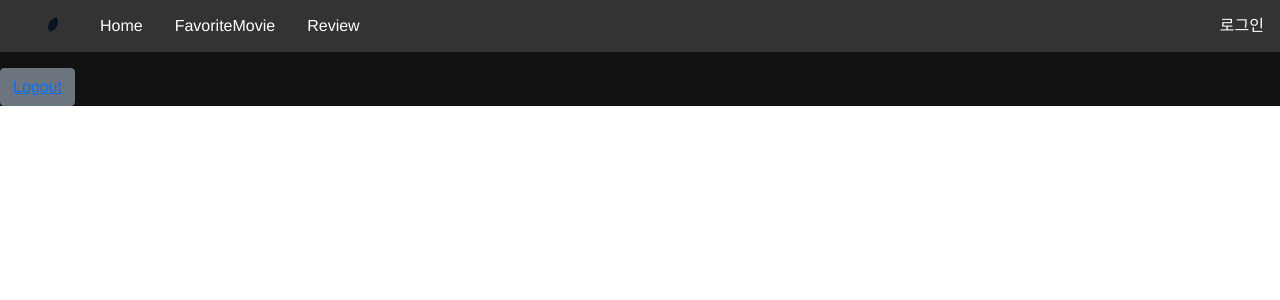
Repository: chomyoenggeun/linkedmovie
Page: /mypage (app in front/)
These files come from the project's save history. The page is drawn as it stood at one moment and after the next save; the edit follows.
The browser window is 1280 px wide. The pictures show the whole page.
The project was rebuilt for these pictures with package versions that can differ from the ones it lists, and the page was loaded fresh each time. Also part of the build but not shown: front/vue.config.js, front/src/components/MovieCard.vue, front/src/views/Home.vue, front/src/views/accounts/Account.vue, front/src/views/accounts/Login.vue, front/src/views/accounts/Signup.vue, front/src/views/FavoriteMovie.vue, front/src/components/DmovieReviewItem.vue and 9 more.

Above is the page before, as saved 2021-11-24 05:35:27.

### front/src/main.js
import Vue from 'vue'
import App from './App.vue'
import router from './router'
import store from './store'
import vuetify from './plugins/vuetify'
import BootstrapVue from 'bootstrap-vue'
import 'bootstrap/dist/css/bootstrap.min.css'
import 'bootstrap-vue/dist/bootstrap-vue.css'

Vue.use(BootstrapVue)
Vue.config.productionTip = false

new Vue({
  router,
  store,
  vuetify,
  render: h => h(App)
}).$mount('#app')

### front/src/App.vue
<template>
  <div id="app">
    <ul class="horizontal">
      <li><router-link class="active" to="/home"><img class="size" :src="require('@/assets/sample.svg')" alt=""></router-link></li>
      <li><router-link class="active" to="/home">Home</router-link></li>
      <li><router-link class="active" to="/favorite-movie">FavoriteMovie</router-link></li>
      <li><router-link class="active" to="/review">Review</router-link></li>
      <li v-if="isLogin" class="rightli" style="float:right"><router-link class="menubt_right" to="/mypage"
      >Mypage</router-link></li>
      <li v-else class="rightli" style="float:right"><router-link class="menubt_right" to="/account"
      >로그인</router-link></li>
    </ul>

    <router-view
    @login="isLogin=true"/>
  </div>
</template>

<script>
export default {
  name : 'App',
    data: function(){
    return {
      isLogin: false,
    }
  },
  created : function(){
    const token = localStorage.getItem('jwt')
    if(token){
      this.isLogin = true
    }
  },
  methods : {
    checkLogin: function(loginState){
      this.isLogin = loginState
    }
  }

}
</script>

<style>
#app {
  font-family: Avenir, Helvetica, Arial, sans-serif;
  -webkit-font-smoothing: antialiased;
  -moz-osx-font-smoothing: grayscale;
  /* text-align: center; */
  color: #2c3e50;
  background: #111111;
}

#nav {
  padding: 30px;
}

#nav a {
  font-weight: bold;
  color: #2c3e50;
}
/* .menubt{
  padding : 20px;
  background: #255ca3;
  list-style:none;
} */

/* #nav a.router-link-exact-active {
  color: #dddddd;
} */
ul {
  list-style-type: none;
  margin: 0;
  padding: 0;
  overflow: hidden;
  background-color: #333;
}

li {
  float: left;
}

li a {
  display: block;
  color: white;
  text-align: center;
  padding: 14px 16px;
  text-decoration: none;
}

li a:hover:not(.active) {
  background-color: #111;
}

.active:hover {
  /* background-color: #04AA6D; */
  background: rgb(6,5,87);
  background: linear-gradient(180deg, rgba(6,5,87,1) 0%, rgba(43,12,69,1) 100%);
  color: #dddddd;
}
.size{
  width: 20px;
}
</style>

### front/src/router/index.js
import Vue from 'vue'
import VueRouter from 'vue-router'
import Home from '../views/Home.vue'
import Account from '../views/accounts/Account.vue'
import Login from '../views/accounts/Login.vue'
import Signup from '../views/accounts/Signup.vue'
import FavoriteMovie from '../views/FavoriteMovie.vue'
import Mypage from '../views/Mypage.vue'
import Movie from '../components/Movie.vue'
import Review from '../views/Review.vue'
import MovieReviewForm from '../components/MovieReviewForm.vue'
import MovieReviewCommunity from '../components/MovieReviewCommunity.vue'
// import MovieReviewCreate from '../components/MovieReviewCreate.vue'

Vue.use(VueRouter)

const routes = [
  {
    path: '/home',
    name: 'Home',
    component: Home
  },
  {
    path: '/favorite-movie',
    name: 'FavoriteMovie',
    component : FavoriteMovie
  },
  /////////////////////////////////
  //account//
  {
    path: '/account',
    name: 'Account',
    component : Account,
  },
  {
    path: '/account/login',
    name: 'Login',
    component : Login,
  },
  {
    path: '/account/signup',
    name: 'Signup',
    component : Signup,
  },
  //account//
  /////////////////////////////////
  {
    path: '/mypage',
    name: 'Mypage',
    component : Mypage,
  },
  {
    path: '/home/movie/:movieId',
    name: 'Movie',
    component : Movie
  },
///////////////////////////////////////////////////
//////////리뷰작성///////////
  {
    path: '/review',
    name: 'Review',
    component : Review
  },
  {
    path: '/review/create',
    name: 'MovieReviewForm',
    component : MovieReviewForm
  },
  {
    path: '/review/detail/:reviewId',
    name: 'MovieReviewCommunity',
    component: MovieReviewCommunity
  }
  ////////////////////////////////////////////////////////
  // {
  //   path: '/movie-review-create',
  //   name: 'MovieReviewCreate',
  //   component : MovieReviewCreate
  // },

]

const router = new VueRouter({
  mode: 'history',
  base: process.env.BASE_URL,
  routes
})

export default router

### front/src/store/index.js
import Vue from 'vue'
import Vuex from 'vuex'
import axios from 'axios'
import router from '../router'

Vue.use(Vuex)

export default new Vuex.Store({
  state: {
    movieCards: [],
    carosalCards : [],
    loginState : false,
    loginjwt : null,
    reviews: [],
    user : null,
    comments : [],
    moviereviews: [],
  },
  mutations: {
    // GET_LOGIN_USER: function(state,res){
    //   state.user = res

    // },
    LOAD_MOVIE_CARDS:function(state, results){
      state.movieCards = results
    },
    GET_REVIEWS:function(state, res){
      state.reviews = res
      // console.log(state.reviews)
    },
    GET_MOVIE_REVIEWS : function(state,res){
      state.moviereviews = res
    },
    CREATE_REVIEWS : function(state, res){
      state.reviews.push(res)
      // console.log(state.reviews)
    },
    UPDATE_REVIEW : function(state,reviewItem){
      state.reviews = state.reviews.map((review) => {
        if (review === reviewItem){
          return { ...review,
            title: reviewItem.titie,
            content: reviewItem.content,
            rank: reviewItem.rank
          }
        }
        return review
      })
    },
    DELETE_REVIEW : function(state, reviewItem){
      const index = state.reviews.indexOf(reviewItem)
      state.reviews.splice(index,1)
    },
    GET_COMMENTS : function(state,res){
      state.comments = res
    },
    CREATE_COMMENT : function(state, res){
      state.comments.push(res)
    },
    DELETE_COMMENT : function(state,commentItem){
      const index = state.comments.indexOf(commentItem)
      state.comments.splice(index, 1)
    }
  },
  actions: {
    // getLoginUser: function({commit},token){
    //   axios({
    //     method: 'get',
    //     url:'http://123.0.01:8000/account/api-token-auth/',
    //     headers: token,
    //   })
    //     .then(res =>{
    //       console.log(res)
    //       commit('GET_LOGIN_USER')
    //     })
    // },
    // 로그인 정보 보내기
    // Login: function(context){
    //   axios({
    //     method: 'post',
    //     url: 'http://127.0.0.1:8000/accounts/signup/',
    //     data: this.credentials
    //   })
    //     .then(()=>{
    //       console.log(context)
    //       context.commit('LOGIN',context)
    //       this.$router.push({name: 'Login'})
    //     })
    //     .catch(err =>{
    //       console.log(err)
    //     })
    // },
    // 영화 불러오기
    LoadMovieCards: function({commit},token){
      axios({
        method: 'get',
        url: 'http://127.0.0.1:8000/movies/',
        headers: token,
      })
        .then(res => {
          console.log(res.data)
          commit('LOAD_MOVIE_CARDS',res.data)
        })
    },
    LoadGenreData : function({commit},token){
      axios({
        method: 'get',
        url:`http://127.0.0.1:8000/movies/genres/`,
        headers: token,
      })
        .then(res =>{
          console.log(res.data)
          commit('LOAD_GENRE_DATA',res.data)
        })
    },
    // LikeMovie:function({commit},token){
    //   axios({
    //     method: 'put',
    //     url: 'http://127.0.0.1:8000/movies/',
    //     headers: token,
    //   })
    // },
    getReviews: function({commit},token){
      axios({
        method: 'get',
        url: `http://127.0.0.1:8000/community/`,
        headers: token,
      })
        .then(res => {
          // console.log(res.data)
          commit('GET_REVIEWS',res.data)
        })
        .catch(err => {
          console.log(err)
        })
    },
    createReviews: function({commit},object){
      axios({
        method: 'post',
        url:'http://127.0.0.1:8000/community/',
        headers: object.token,
        data: object.reviewItem,
      })
        .then(res => {
          console.log(res)
          commit('CREATE_REVIEWS')
          router.push({ name:'Review' })
          router.go()
        })
        .catch(err => {
          console.log(err)
        })
    },
    updateReview: function({commit},object){
      axios({
        method: 'PUT',
        url:`http://127.0.0.1:8000/community/${object.review_id}/`,
        data:object.reviewItem,
        headers: object.token
      })
        .then(() => {
          commit('UPDATE_REVIEW')
        })
        .catch(err => {
          console.log(err)
        })
    },
    deleteReview({commit},object){
      axios({
        method: 'DELETE',
        url:`http://127.0.0.1:8000/community/${object.review_id}/`,
        headers: object.token,

      })
        .then(res=>{
          console.log(res)
          commit('DELETE_REVIEW')
        })
        .catch(err =>{
          console.log(err)
        })
    },
    getComments({commit},object){
      axios({
        method: 'GET',
        url:`http://127.0.0.1:8000/community/${object.review_id}/comments/`,
        headers: object.token,

      })
        .then((res) => {
          // console.log(object.review_id)
          // console.log(res)
          commit('GET_COMMENTS',res.data)
        })
        .catch(err => {
          console.log(err)
        })
    },
    createComment({commit},object){
      axios({
        method: 'POST',
        url:`http://127.0.0.1:8000/community/${object.review_id}/comments/`,
        data: object.commentItem,
        headers: object.token,
      })
        .then((res) =>{
          commit('CREATE_COMMENT', res.data)
        })
        .catch(err =>{
          console.log(err)
        })
    },
    deleteComment({commit},object){
      axios({
        method:'DELETE',
        url: `http://127.0.0.1:8000/community/comments/${object.comment_id}/`,
        headers: object.token
      })
        .then((res)=>{
          console.log(res)
          commit('DELETE_COMMENT',res.data)
          router.go()
        })
        .catch(err =>{
          console.log(err)
        })
    },
    getMovieReviews({commit},object){
      axios({
        method: 'GET',
        url:`http://127.0.0.1:8000/movies/moviereviews/`,
        headers: object.token,
      })
        .then((res) => {
          // console.log(object.review_id)
          // console.log(res)
          commit('GET_MOVIE_REVIEWS',res.data)
        })
        .catch(err => {
          console.log(err)
        })
    }
  },

  modules: {
  }
})

### front/src/views/Mypage.vue
<template>
  <div>
    <div>
      <b-button class="button"><router-link @click.native="logout" to="Home">Logout</router-link></b-button>

    </div>
  </div>
</template>

<script>
export default {
  name: 'Mypage',
  props:{
    loginState : String,
  },
  methods: {
    logout: function() {
      console.log('is-login')
      this.$emit('is-login',false)
      localStorage.removeItem('jwt')
      this.$router.push({ name: 'Home' })
      this.$router.go()
    }
  }
}
</script>

<style scoped>
.button{
  text-align: center;
}
</style>

### front/src/components/Movie.vue
<template>
  <div>
    <h1>영화 디테일 페이지</h1>
    <div
    v-for="movieCard in movieCards"
    :key="movieCard.id"
    :movieCard="movieCard">
      <div v-if="movieCard.id == movieUrlNum" class="movie-box">
        <div class="movie-poster">
          <img :src="`https://image.tmdb.org/t/p/original${movieCard.poster_path}`">
        </div>
        <div class="movie-overview">
          <h1>{{ movieCard.title }}</h1>
          <p v-for="genre in movieCard.genres"
          :key="genre">장르 : {{ genre }}</p>
          {{ movieCard.genres.length }}
          <p>개봉일 : {{ movieCard.release_date }}</p>
          <p>스토리: {{ movieCard.overview }}</p>
          <!-- <p>이 영화를 좋아하는 사람 : {{ like_users }}</p> -->
        </div>
      </div>
    </div>
    <div class="review-box">
      <!-- <movie-review></movie-review> -->
      <dmovie-review-list></dmovie-review-list>
    </div>
  </div>
</template>

<script>
import DmovieReviewList from '@/components/DmovieReviewList.vue'
import { mapState } from 'vuex'

export default {
  name: 'Movie',
  components:{
    DmovieReviewList
    // MovieReview,
  },
  data:function(){
    return{
      movieUrlNum : null,
      // genre : []
    }
  },
  created: function(){
  this.$store.dispatch('LoadMovieCards',this.setToken())
  // this.$store.dispatch('LoadGenreData',this.setToken())

  let movieUrl = window.location.href.split("movie/")[1]
  this.movieUrlNum = movieUrl

  console.log(this.movieCard)

  },
  methods :{
    setToken : function(){
      const token = localStorage.getItem('jwt')
      const config = {
        Authorization: `JWT ${token}`
      }
      return config
    },
  },
    computed:{
    ...mapState(['movieCards']),
  },
}
</script>

<style>
img {
  width:400px;
}
.movie-poster{
  float: left;
}
.movie-ovierview{
  float: left;
}
.movie-box{
  clear: both;
}
.review-box{
  clear:both;

}
</style>

Loaded but not shown: front/public/index.html (common file); front/src/plugins/vuetify.js (common file)

After the next save:
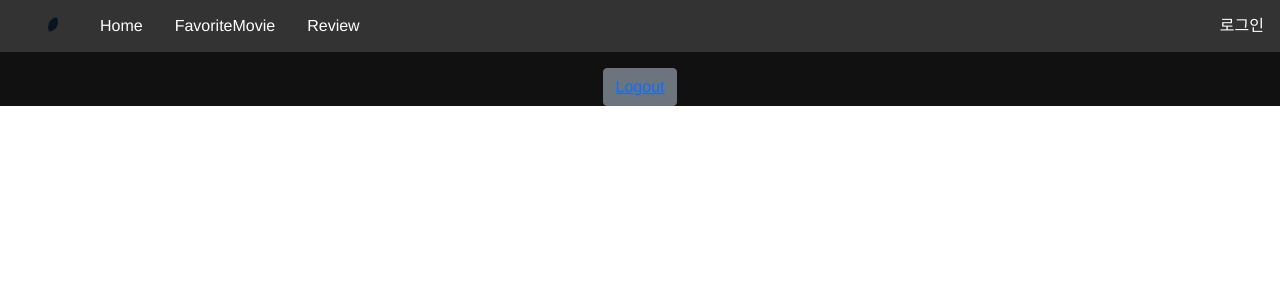
Saved 30 s later.
--- a/front/src/views/Mypage.vue
+++ b/front/src/views/Mypage.vue
@@ -1,6 +1,6 @@
 <template>
   <div>
-    <div>
+    <div class="button">
       <b-button class="button"><router-link @click.native="logout" to="Home">Logout</router-link></b-button>
 
     </div>
